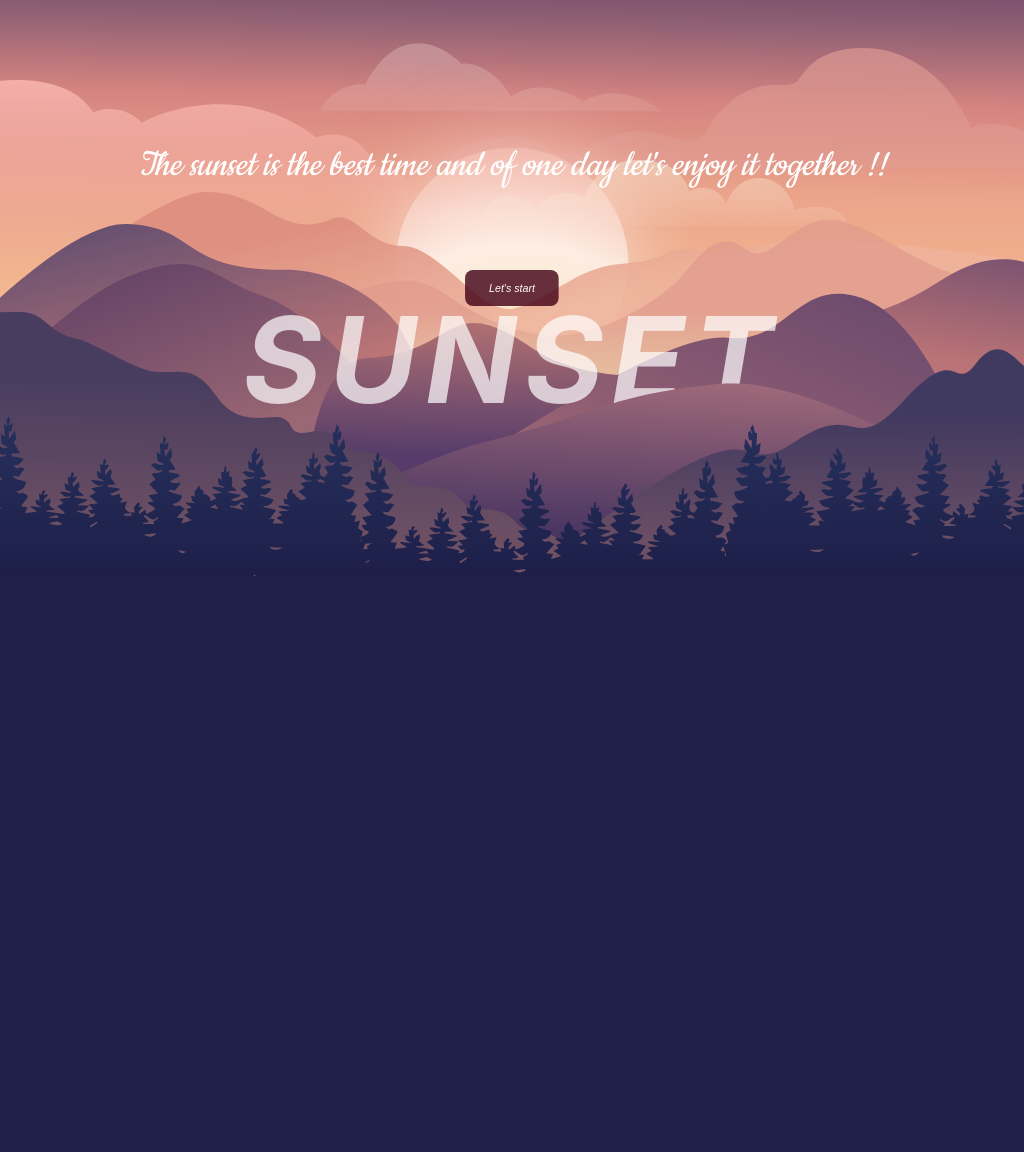
Repository: nambui98/parallax
Page: /
An editor plug-in stored every save of this project. The page is shown before and after a run of saves, followed by the edit.
The browser window is 1280 px wide. The pictures show the whole page, at 80% of full size.
The project was rebuilt for these pictures with package versions that can differ from the ones it lists, and the page was loaded fresh each time. Also part of the build but not shown: vite.config.ts.

Above is the page before, as saved 2022-03-24 14:18:13.

### src/App.tsx
import { useEffect, useRef, useState } from 'react'
import bg_1 from './assets/images/bg_1.svg'
import bg_2 from './assets/images/bg_2.svg'
import bg_3 from './assets/images/bg_3.svg'
import bg_4 from './assets/images/bg_4.svg'
import bg_5 from './assets/images/bg_5.svg'
import bg_6 from './assets/images/bg_6.svg'
import bg_7 from './assets/images/bg_7.svg'
import bg_8 from './assets/images/bg_8.svg'
import bg_9 from './assets/images/bg_9.svg'
import bg_10 from './assets/images/bg_10.svg'
import bg_11 from './assets/images/bg_11.svg'
import './App.scss'

function App() {
  const bg_1Ref = useRef<any>()
  const bg_2Ref = useRef<any>()
  const bg_3Ref = useRef<any>()
  const bg_4Ref = useRef<any>()
  const bg_5Ref = useRef<any>()
  const bg_6Ref = useRef<any>()
  const bg_7Ref = useRef<any>()
  const bg_8Ref = useRef<any>()
  const bg_9Ref = useRef<any>()
  const bg_10Ref = useRef<any>()
  const bg_11Ref = useRef<any>()
  const h3Ref = useRef<any>()
  const h1Ref = useRef<any>()
  const bannerRef = useRef<any>()

  useEffect(() => {
    window.addEventListener("scroll", () => {
      let value = window.scrollY;
      // h3Ref.current.style =
      // bg_1Ref.current.style.left = `calc(${value}px + 40rem)`;
      bg_9Ref.current.style.transform = `scale(${1 + value * 0.0005})`
      bg_10Ref.current.style.transform = `scale(${1 + value * 0.0005})`
      bg_8Ref.current.style.transform = `scale(${1 + value * 0.0005})`
      bg_7Ref.current.style.transform = `scale(${1 + value * 0.0005})`
      bg_6Ref.current.style.transform = `scale(${1 + value * 0.0005})`
      bg_5Ref.current.style.transform = `scale(${1 + value * 0.0005})`
      bg_4Ref.current.style.transform = `translateX(-50%) scale(${1 + value * 0.0005})`
      bg_3Ref.current.style.transform = `scale(${1 + value * 0.0005})`
      bg_2Ref.current.style.transform = `scale(${1 + value * 0.0005})`
      bg_1Ref.current.style.transform = `scale(${1 + value * 0.0005})`
      bg_11Ref.current.style.transform = `scale(${1 + value * 0.0004})`

      h3Ref.current.style.transform = `translateZ(${value * 0.8}px) scale(${1 + (value * 0.0009)})`
      h1Ref.current.style.transform = `translateY(${value * 0.2}px)`
      console.log();

    })

    return () => {
      window.removeEventListener("scroll", () => {

      })
    }
  }, [])

  return (
    <div className="App">
      <div className="main">
        <div className="banner" ref={bannerRef}>
          <img className='bg_1' ref={bg_1Ref} src={bg_1} alt="" />
          <img className='bg_2' ref={bg_2Ref} src={bg_2} alt="" />
          <img className='bg_3' ref={bg_3Ref} src={bg_3} alt="" />
          <img className='bg_4' ref={bg_4Ref} src={bg_4} alt="" />
          <img className='bg_5' ref={bg_5Ref} src={bg_5} alt="" />
          <img className='bg_6' ref={bg_6Ref} src={bg_6} alt="" />
          <img className='bg_7' ref={bg_7Ref} src={bg_7} alt="" />
          <img className='bg_8' ref={bg_8Ref} src={bg_8} alt="" />
          <img className='bg_9' ref={bg_9Ref} src={bg_9} alt="" />
          <img className='bg_10' ref={bg_10Ref} src={bg_10} alt="" />
          <img className='bg_11' ref={bg_11Ref} src={bg_11} alt="" />

          <h3 ref={h3Ref}>The sunset is the best time and of one day let's enjoy it together !!</h3>
          <button className="btn">Let's start</button>
          <h1 ref={h1Ref}>Sunset</h1>
        </div>
        <div className="content" id="content">

        </div>
      </div>
    </div>
  )
}

export default App

### src/App.scss
@import url('https://fonts.googleapis.com/css2?family=Cookie&display=swap');
*,
*::after,
*::before{
  padding: 0;
  margin: 0;
  box-sizing: inherit;
}
html{
  font-size: 62.5%;
  box-sizing: border-box;
}
.banner{
  background: linear-gradient(181.12deg, #6D4869 -4.47%, #906074 5.09%, #D58480 18.15%, #ECA58B 34.03%, #F8C995 69.69%);
  height: 100vh;
  position: relative;
  z-index: -1;
  overflow: hidden;
  perspective: 1000px;
  h3{
    position: absolute;
    top: 18rem;
    width: 100%;
    font-size: 5rem;
    font-weight: 400;
    font-style: italic;
    color: #fff;
    font-family: 'Cookie', cursive;
    text-align: center;
    // left: 50%;
    // transform: translateX(-50%);
  }
  h1{
    position: absolute;
    bottom: 18rem;
    width: 100%;
    font-size: 15rem;
    font-style: italic;
    color: rgba(255, 255, 255, .7);
    text-align: center;
    text-transform: uppercase;
    z-index: 0;
    letter-spacing: 1rem;
  }
  img{
    position: absolute;
    z-index: 0;
    &.bg_1{
      top: 5.4rem;
      left: 40rem;
    }
    &.bg_2{
      left: 0;
      top: 10rem;
    }
    &.bg_3{
      right: 0;
      top: 6rem;
    }
    &.bg_4{
      left: 50%;
      top: 8rem;
      transform: translateX(-50%);
      // top: 28.6rem;
      width: 50rem;
    }
    &.bg_5{
      right: 22rem;
      top: 20rem;
    }
    &.bg_6{
      right: 0;
      left: 0;
      top: 24rem;
      width: 100%;
    }
    &.bg_7{
      right: 0;
      left: 0;
      top: 28rem;
      width: 100%;
      // z-index: 1;
    }
     &.bg_8{
      bottom: -3rem;
      width: 100%;
      z-index: 2;
    }
    &.bg_9{
      width: 100%;
      top: 33rem;
      // z-index: 1;
    }
    &.bg_10{
      bottom: -6rem;
      z-index: 1;
    }
    &.bg_11{
      bottom: 0rem;
      width: 100%;
      z-index: 2;
    }
  }
  .btn{
    position: absolute;
    top: 50%;
    left: 50%;
    transform: translate(-50%, -50%);
    border: none;
    background: rgba(65, 0, 22, 0.8);
    font-style: italic;
    color: #fff;
    padding: 1.5rem 3rem;
    border-radius: 1rem;
  }
}
.content{
  height: 100vh;
  width: 100%;
  background-color: #1E2049;
}

Loaded but not shown: index.html (common file); src/main.tsx (common file); src/index.css (common file)

After the next 2 saves:
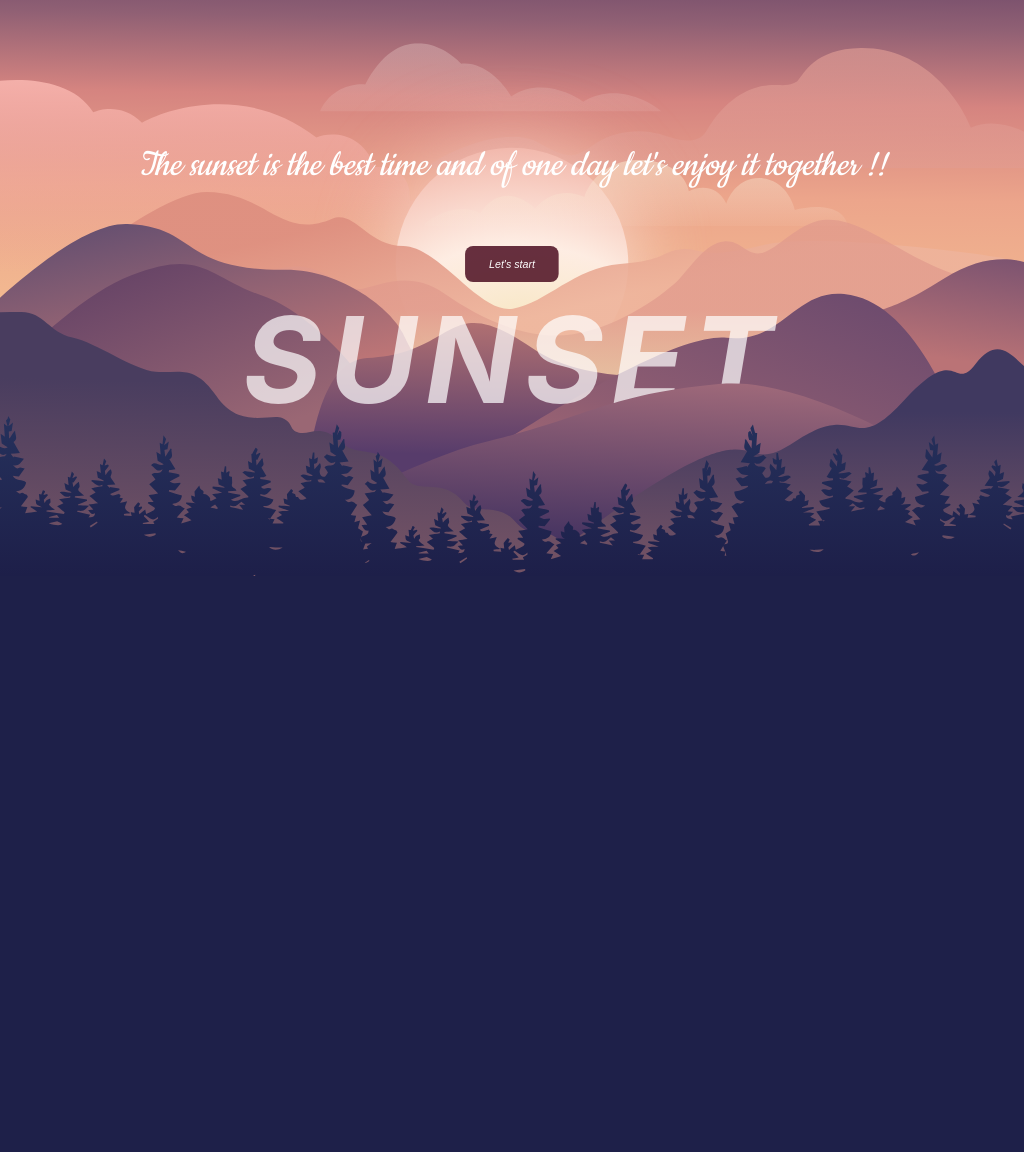
The 2 saves are shown as one change because they came seconds apart.
The last was saved 21 s later.
--- a/src/App.scss
+++ b/src/App.scss
@@ -103,7 +103,7 @@ html{
   }
   .btn{
     position: absolute;
-    top: 50%;
+    top: calc(50% - 3rem);
     left: 50%;
     transform: translate(-50%, -50%);
     border: none;
